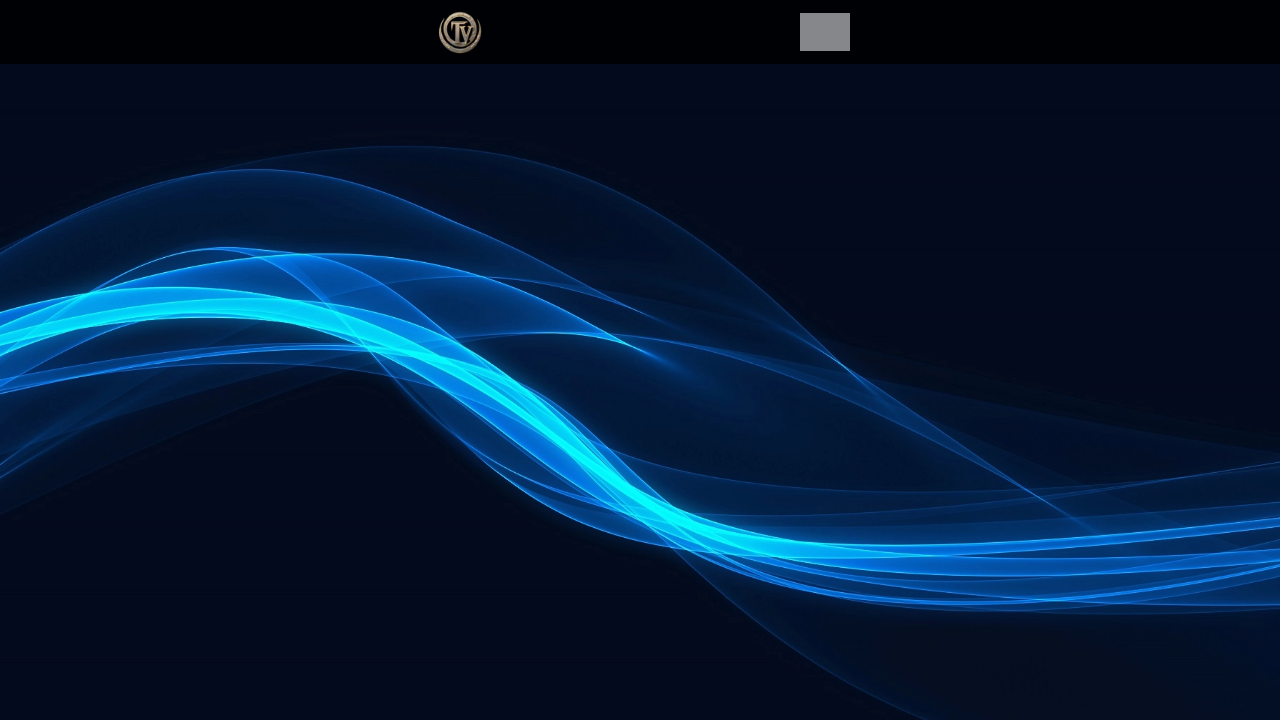
Repository: aitorcachero/clon-twitter
Page: / (app in frontend/)
An editor plug-in stored every save of this project. The page is shown before and after the next save, followed by the edit.
The browser window is 1280 px wide. The pictures show the whole page.
Pictures or frames that could not be fetched are drawn as grey boxes. The page's requests for data from a server got no answer. Backgrounds fixed to the window are drawn as part of the page. The project was rebuilt for these pictures with package versions that can differ from the ones it lists, and the page was loaded fresh each time. No one was signed in, and anything a server would have sent is missing. Also part of the build but not shown: frontend/vite.config.js, frontend/src/utils/formatDate.js, frontend/src/components/HeartLikeComponent/HeartLikeComponent.jsx, frontend/src/utils/checkTweetLikedByMe.js, frontend/src/components/CardTwitter/CardTwitter.jsx, frontend/src/pages/LoginPage/LoginPage.jsx, frontend/src/components/ButtonComponent/ButtonComponent.jsx, frontend/src/components/WriteTweet/WriteTweet.jsx and 8 more.

Above is the page before, as saved 2024-03-20 09:03:19.

After the next save:
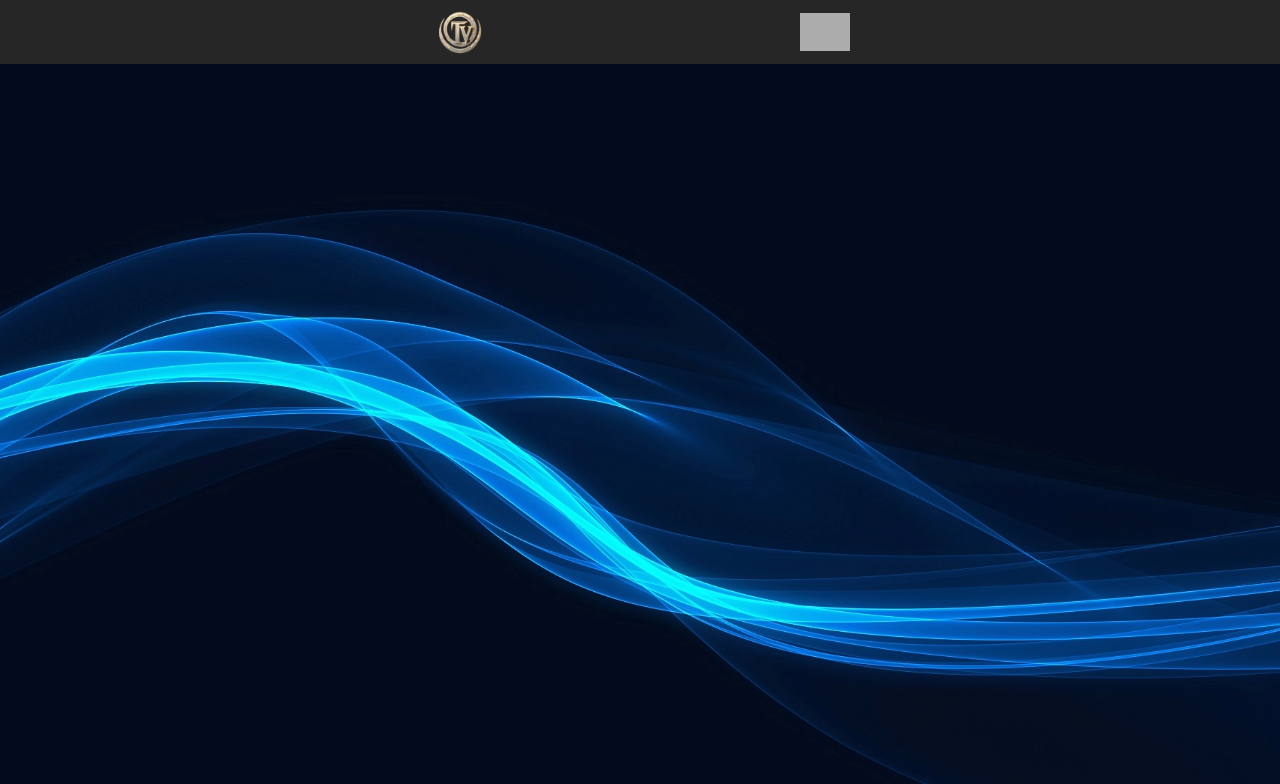
Saved 36 s later.
--- a/frontend/src/index.css
+++ b/frontend/src/index.css
@@ -31,7 +31,7 @@ a:hover {
 }
 
 body {
-  /* margin-top: 5rem; */
+  margin-top: 4rem;
   background-image: url('./assets/bg-wave.webp');
   min-height: 100vh;
 
